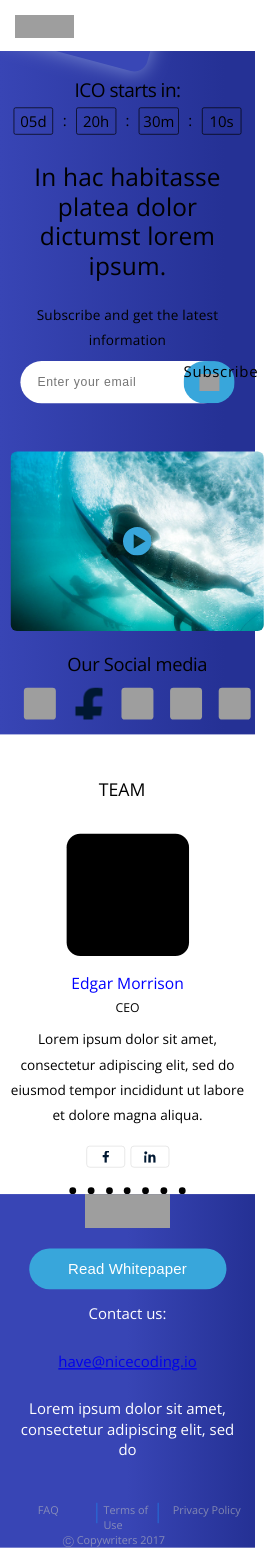
Repository: McGregorSt/newOne
Page: index.html
These files come from the project's save history. The page is drawn as it stood at one moment and after a run of saves; the edit follows.
The browser window is 375 px wide. The page is 388 px wide, so the pictures cover 388 px, including what lies to the right of the window. The pictures show the whole page, at 68% of full size.
Pictures or frames that could not be fetched are drawn as grey boxes.

Above is the page before, as saved 2019-12-18 09:12:20.

### index.html
<!DOCTYPE html>
<html lang="en">
<head>
  <meta charset="UTF-8">
  <meta name="viewport" content="width=device-width, initial-scale=1.0">
  <meta http-equiv="X-UA-Compatible" content="ie=edge">
  <link rel="stylesheet" href="css/style.css">
  <link href="https://fonts.googleapis.com/css?family=Open+Sans:300,300i,400,400i,600,600i,700,700i,800,800i&display=swap" rel="stylesheet">
  <script
  src="https://code.jquery.com/jquery-3.4.1.js"
  integrity="sha256-WpOohJOqMqqyKL9FccASB9O0KwACQJpFTUBLTYOVvVU="
  crossorigin="anonymous"></script>
  <title>Ethworks</title>
</head>
<body>
    <section class="modal">
      <div class="modal__content">
        <iframe src="" frameborder="0" id="youtube"></iframe>
        <div class="overlay"></div>
      </div>
    </section>
    <section class="header">
      <div class="header__logo"></div>
      <ul class="header__menu">
        <li class="header__menu__item"><a href="#">Home</a></li>
        <li class="header__menu__item"><a href="#">Team</a></li>
        <li class="header__menu__item"><a href="#">Contact</a></li>
      </ul>
    </section>
    <section class="main">
        <div class="wrapper">
        <div class="subs">
          <div class="subs__timer">
            <span class="subs__timer__header">ICO starts in:</span>
            <div class="subs__timer__global">
              <div class="subs__timer__item subs__timer__item__dd">05d</div>
              <div class="subs__timer__item">:</div>
              <div class="subs__timer__item subs__timer__item__hh">20h</div>
              <div class="subs__timer__item">:</div>
              <div class="subs__timer__item subs__timer__item__mm">30m</div>
              <div class="subs__timer__item">:</div>
              <div class="subs__timer__item subs__timer__item__ss">15s</div>
            </div>
          </div>
          <div class="subs__article">In hac habitasse platea dolor dictumst lorem ipsum.</div>
          <div class="subs__email">
            <span class="subs__email__header">Subscribe and get the latest information</span>
            <div class="subs__email__content">
              <input type="email" class="subs__email__input" placeholder="Enter your email">
              <div class="subs__email__button">Subscribe</div>
            </div>
          </div>
        </div>

      <div class="media">
        <div class="media__media">
          <div class="media__player">
            <svg xmlns="http://www.w3.org/2000/svg" width="24" height="24" viewBox="0 0 24 24"><path d="M12 0c-6.627 0-12 5.373-12 12s5.373 12 12 12 12-5.373 12-12-5.373-12-12-12zm-3 18v-12l10 6-10 6z"/></svg>
          </div>
          <div class="media__social">
            <span class="media__social__header">Our Social media</span>
            <div class="media__social__items">
              <div class="media__social__item media__social__tt"></div>
              <div class="media__social__item media__social__fb"></div>
              <div class="media__social__item media__social__md"></div>
              <div class="media__social__item media__social__gh"></div>
              <div class="media__social__item media__social__mail"></div>
            </div>
          </div>
        </div>
    </div>
    </div>
    <div class="subs__subs"></div>
    </section>
    <section class="team">
      <div class="team__header">TEAM</div>
      <div class="team__cards">
        <div class="team__card">
          <div class="team__card__photo"></div>
          <div class="team__card__name">Edgar Morrison</div>
          <div class="team__card__title">CEO</div>
          <div class="team__card__description">Lorem ipsum dolor sit amet, consectetur adipiscing elit, sed do eiusmod tempor incididunt ut labore et dolore magna aliqua. </div>
          <div class="team__card__social">
            <div class="card__social__fb"></div>
            <div class="card__social__in"></div>
          </div>
        </div>
        <div class="team__card">
          <div class="team__card__photo"></div>
          <div class="team__card__name">Mae Martin</div>
          <div class="team__card__title">CTO</div>
          <div class="team__card__description">Lorem ipsum dolor sit amet, consectetur adipiscing elit, sed do eiusmod tempor incididunt ut labore et dolore magna aliqua. </div>
          <div class="team__card__social">
            <div class="card__social__fb"></div>
            <div class="card__social__in"></div>
          </div>
        </div>
        <div class="team__card">
          <div class="team__card__photo"></div>
          <div class="team__card__name">David Banks</div>
          <div class="team__card__title">CFO</div>
          <div class="team__card__description">Lorem ipsum dolor sit amet, consectetur adipiscing elit, sed do eiusmod tempor incididunt ut labore et dolore magna aliqua.</div>
          <div class="team__card__social">
            <div class="card__social__fb"></div>
            <div class="card__social__in"></div>
          </div>
        </div>
        <div class="team__card">
          <div class="team__card__photo"></div>
          <div class="team__card__name">Frederick Parsons</div>
          <div class="team__card__title">COO</div>
          <div class="team__card__description">Lorem ipsum dolor sit amet, consectetur adipiscing elit, sed do eiusmod tempor incididunt ut labore et dolore magna aliqua.</div>
          <div class="team__card__social">
            <div class="card__social__fb"></div>
            <div class="card__social__in"></div>
          </div>
        </div>
      </div>
      <div class="team__slider">
        <div class="team__slider--item"></div>
        <div class="team__slider--item"></div>
        <div class="team__slider--item"></div>
        <div class="team__slider--item"></div>
        <div class="team__slider--item"></div>
        <div class="team__slider--item"></div>
        <div class="team__slider--item"></div>
      </div>
    </section>
    <section class="footer">
      <div class="footer__main">
        <div class="footer__main__logo"></div>
        <!-- <div class="footer__main__whitepaper"> -->
          <a href="#">
            <button type="button" class="header__whitepaper__button">Read Whitepaper</button>
          </a>
        <!-- </div> -->
      </div>
        <div class="footer__contact">
          <span>Contact us:</span>
          <span><a href="mailto:#" class="footer__contact--a">have@nicecoding.io</a></span>
          <span>Lorem ipsum dolor sit amet, consectetur adipiscing elit, sed do</span>
        </div>


      <div class="footer__menu">
          <span class="footer__menu--span">&#9400 Copywriters 2017</span>
        <div class="footer__menu--menu">
          <div class="footer__menu__separator"></div>
          <div class="footer__menu__item">
            <a href="#" class="menu__item--a">FAQ</a>
          </div>
          <div class="footer__menu__separator"></div>
          <div class="footer__menu__item">
            <a href="#">Terms of Use</a>
          </div>
          <div class="footer__menu__separator"></div>
          <div class="footer__menu__item">
            <a href="#">Privacy Policy</a>
          </div>
        </div>
      </div>
    </section>
  </div>
</body>
<script src="js/app.js">


</script>
</html>

### css/style.css
body {
  margin: 0;
  padding: 0;
  box-sizing: border-box;
  font-family: 'Open Sans', sans-serif;
  overflow-y: scroll;
}
/* section header */
.header {
  height: 95px;
  margin: auto;
  margin-top: -5px;
  display: flex;
  justify-content: space-between;
  align-items: center;
  padding: 0 180px;
}
.header__logo {
  width: 125px;
  height: 50px;
  background-image: url('../Assets/logo/dark.svg');
  background-size: cover;
  position: relative;
  left: -5px;
  top: 3px;
}

.header__menu {
  list-style: none;
  display: flex;
  letter-spacing: 1.1px;
  /* font-weight: 300; */
  /* justify-content: space-between; */
  font-size: 20px;
}

@media (max-width: 414px) {

  .header {
    height: 80px;
    padding: 0;
  }
  .header__logo {
    top: 4px;
    left: 3px;
    /* height: 45px; */
    background-position: left center;
    transform: scale(0.7);
  }
  .header__menu {
    display: none;
  }
}

.header__menu__item a {
  padding: 0 0 0 54px;
  text-decoration: none;
  color: #000;
}

/*

section main

*/
.main {
  height: 935px;
  background: linear-gradient(90deg, rgba(56,69,181,1) 0%, rgba(37,49,149,1) 88%);

}

.wrapper {
  display: flex;
  position: relative;

}


.wrapper:after {
  content: "";
  width: 100%;
  height: 100%;
  background-image: url('../Assets/BG/Shape1@1x.svg');
  background-repeat: no-repeat;
  background-size: 75%;
  background-position-y: -95px;
  background-position-x: -10px;
  position: absolute;
  z-index: 2;
  /* filter: url('../Assets/BG/Shape1@1x.svg#filter-2')  */
}

.subs {

  width: 50%;
  font-size: 28px;
  display: flex;
  flex-direction: column;
  padding: 90px 0 60px 175px;
  position: relative;
  z-index: 99;
}
.subs__subs {
  /* width: 50%; */
  height: 800px;
  background-image: url('../Assets/BG/Shape2@1x.svg');
  background-size: 47%;
  top: -730px;
  left: -200px;
  background-position-y: -260px;
  background-position-x: 170px;
  background-repeat: no-repeat;
  position: relative;
  z-index: 1;
  /* filter: url('../Assets/BG/Shape2@1x.svg#filter-2') */
}


.subs__timer {
  /* background-color: thistle; */
  position: relative;
  z-index: 1;
}
.subs__timer__header {
  letter-spacing: -0.8px;
}
.subs__timer__global {
  width: 56.4%;
  display: flex;
  justify-content: space-between;
  padding: 15px 0 40px 0 ;
}
.subs__timer__global > div {
  width: 88px;
  height: 65px;
  display: flex;
  justify-content: center;
  align-items: center;
}
.subs__timer__item:nth-child(2n+2) {

}
.subs__timer__global > div:nth-child(2n+1) {
  width: 40%;
  border: 1px solid #000;
  font-size: 36px;
  border-radius: 7px;
}
.subs__article {
  font-size: 54px;
  letter-spacing: 0.2px;
  line-height: 83px;
  padding: 35px 0;
  /* background-color: wheat; */

}

.subs__email {
  /* background-color: yellow; */
  display: flex;
  flex-direction: column;
  font-size: 22px;
  letter-spacing: 0.3px;
  padding: 60px 0;
}
.subs__email__content {
  height: 100px;
  padding: 30px 0;
  display: flex;
}
.subs__email__input {
  height: 60%;
  width: 67%;
  border-radius: 40px;
  font-size: 22px;
  padding-left: 25px;
  letter-spacing: 0.9px;
  outline: none;
  border: 0;
}
.subs__email__input::placeholder {
  /* padding-left: 25px; */
}
.subs__email__button {
  height: 65%;
  width: 20%;
  background-color:#38A6DB;
  font-size: 22px;
  letter-spacing: 1.05px;
  border: 0;
  border-radius: 30px;
  position: relative;
  left: -200px;
}
.subs__email--sender {
  width: 50px;
  height: 50px;

  background-image: url('../Assets/Icon/Subscribe@1x.svg');
  background-size: cover;
  background-color: aliceblue;
}

@media (max-width: 414px) {
  .main {
    height: 1005px;

  }
  .wrapper {
    flex-wrap: wrap;
  }
  .subs {
    width: 100%;
    padding: 0;
    flex-direction: column;
    justify-self: center;

  }
  .subs > * {
    text-align: center;
    padding: 20px;
  }
  .subs__timer__header {
    position: relative;
    top: 17px;
  }
  .subs__timer__global {
    width: 100%;
    position: relative;
    top: 10px;
  }
  .subs__timer__global > div:nth-child(2n + 1) {
    width: 50%;
    height: 38px;
    font-size: 22px;
    border-radius: 3px;
  }
  .subs__timer__item:nth-child(2n) {
    font-size: 22px;
    height: 38px;
    width: 30%;
  }
  .subs__article {
    font-size: 36px;
    line-height: 44px;
    padding: 0 20px;
    position: relative;
    top: -10px;
  }
  .subs__email {
    padding: 0;
  }
  .subs__email__header {
    position: relative;
    top: 22px;
    font-size: 20px;
    padding: 0 20px;
    line-height: 36px;
  }
  .subs__email__content {
    justify-content: center;
    position: relative;
    top: 5px;
    /* padding: 0; */
  }
  .subs__email__input {
    width: 100%;
    position: relative;
    left: 30px;
    font-size: 18px;
    /* padding: 0; */
  }
  .subs__email__button {
    height: 62%;
    /* width: 18%; */
    position: relative;
    left: -30px;
    background-color: #38A6DB;
    background-image: url('../Assets/Icon/Subscribe@1x.svg');
    background-size: 40% 40%;
    background-position: center center;
    background-repeat: no-repeat;
    /* transform: scale(0.8); */
  }
  .subs__email__button:before {
    content: '';
    background-color: brown;
    width: 300px;
    height: 300px;
    z-index: 995;
  }
}

.modal {
  display: none;
}
#youtube {
  width: 800px;
  height: 500px;
  background: rgb(0, 0, 0);
  position: absolute;
  left: 50%;
  top: 50%;
  transform: translate(-50%, -50%);
  z-index: 999;
}
.overlay {
  display: block;
  width: 100%;
  height: 100%;
  background: rgba(0, 0, 0, 0.4);
  position: fixed;
  top: 0;
  left: 0;
  z-index: 998;
}
.media {
  /* height: 80%; */
  width: 50%;
  /* background-color: tomato; */
}
.media__media {
  height: 100%;
  /* display: flex;
  flex-direction: column; */
  /* justify-content: space-around; */
  padding: 235px 0 0 60px;
}
.media__player {
  width: 620px;
  height: 440px;
  display: flex;
  justify-content: center;
  align-items: center;
  background-color: rgba(15, 51, 47, 0.411);
  background-image: url('../Assets/player/27230166476_3c7a942ccc_c.jpg');
  position: relative;
  z-index: 20;
}
.media__player svg {
  width: 70px;
  height: 70px;
  fill: #38A6DB;
}
.media__social {
  width: 620px;
  height: 23%;
  display: flex;
  flex-direction: column;
  align-items: flex-end;
  justify-content: center;
  /* background-color: orangered; */
}
.media__social__header {
  font-size: 26px;
  padding: 80px 0 16px 0;

}
.media__social__items {
  width: 56.3%;
  display: flex;
  justify-content: space-between;
}
.media__social__item {
  width: 47px;
  height: 47px;
  border-radius: 5px;
  background-size: cover;
}
.media__social__tt {
  background-image: url('../Assets/Social icons/Twitter@1x.svg');
}
.media__social__fb {
  background-image: url('../Assets/Social icons/Facebook@1x.svg');
}
.media__social__md {
  background-image: url('../Assets/Social icons/Medium@1x.svg');
}
.media__social__gh {
  background-image: url('../Assets/Social icons/Github@1x.svg');
}
.media__social__mail {
  background-image: url('../Assets/Social icons/Telegram@1x.svg');
}

@media (max-width: 414px) {
  .media {
    height: 20px;
  }
  .media__media {
    transform: scale(0.5);
    padding: 0;
    margin: 0;
  }
  .media__player {
    transform: scale(1.2);
    border-radius: 15px;
    position: relative;
    top: 50px;
  }
  .media__social {
    justify-content: center;
    align-items: center;
    margin-top: 200px;
  }
  .media__social__header {
    font-size: 54px;
    letter-spacing: -1px;
  }
  .media__social__items {
    width: 100%;
    margin-top: 40px;
  }
  .media__social__item {
    transform: scale(2);
  }
}


/*
section team
*/

.team {
  display: flex;
  flex-direction: column;
  align-items: center;
  padding: 95px 0 50px 0;
}
.team__header {
  font-size: 26px;
  position: relative;
  left: 20px;
}
.team__cards {
  display: flex;
  justify-content: space-between;
  padding: 60px 0;
}
.team__card {
  height: 500px;
  width: 360px;
  display: flex;
  flex-direction: column;
  justify-content: space-between;
  align-items: center;
  margin: 0 10px;
  /* background-color: palegreen; */
  padding: 5px 10px
}
.team__card__photo {
  width: 180px;
  height: 180px;
  border-radius: 20px;
  background-color: black;

}
.team__card__name {
  font-size: 23px;
  color: blue;
  /* position: relative;
  top: -10px; */
}
.team__card__title {
  font-size: 18px;
  position: relative;
  top: -20px;
}
.team__card__description {
  font-size: 20px;
  text-align: center;
  line-height: 38px;
  position: relative;
  top: -10px;
  padding: 0 5px;
}
.team__card__social {
  display: flex;
  justify-content: space-between;
}
.team__card__social > * {
  width: 55px;
  height: 30px;
  border: 1px solid #ddd;
  border-radius: 5px;
  margin: 4px;
}
.card__social__fb {
  background-image: url('../Assets//Profil/Facebook@1x.svg');
  background-position: center center;
  background-size:20%;

  background-repeat: no-repeat;
}
.card__social__in {
  background-image: url('../Assets//Profil/linkedin@1x.svg');
  background-position: center center;
  background-size:30%;
  background-repeat: no-repeat;

}
.team__slider {
  display: none;
}

@media (max-width: 414px) {
  .team {
    padding: 0;
  }
  .team__header {
    top: 62px;
    left: -8px;
  }
  .team__card:nth-child(n+2) {
    display: none;
  }
  .team__card {
    position: relative;
    top: 45px;
  }
  .team__card__name {
    position: relative;
    top: 10px;
  }
  .team__card__title {
    margin-top: 25px;
  }
  .team__card__description {
    top: -15px;
    line-height: 37px;
  }
  .team__card__social {
    position: relative;
    top: -5px;
  }
  .team__slider {
    width: 50%;
    display: flex;
    justify-content: space-around;
  }
  .team__slider--item {
    width: 10px;
    height: 10px;
    border-radius: 5px;
    background-color: black;
  }
}






/*
section footer
*/

.footer {
  /* display: flex;
  flex-direction: column;
  align-items: center; */
  color: white;
  background: linear-gradient(90deg, rgba(56,69,181,1) 50%, rgba(37,49,149,1) 99%);
}
.footer__main {
  /* height: 410px; */
  display: flex;
  justify-content: space-between;
  padding: 0 180px;
}

/* .footer__header {
  height: 123px;
  width: 100%;
  background-color: cornflowerblue;
  display: flex;
  justify-content: space-between;
  align-items: center;
} */
.footer__main__logo {
  width: 10%;
  margin-top: 30px;
  width: 125px;
  height: 50px;
  background-image: url('../Assets/logo/Light.svg');
  background-size: cover;
  position: relative;
  left: -5px;
  top: 3px;

}
.footer__contact {
  width: 500px;
  height: 290px;
  margin: auto;
  /* background-color: crimson; */
  display: flex;
  flex-direction: column;
  align-items: center;
  /* position: relative; */
  /* left: - 90px; */
}
.footer__main__whitepaper {
  width: 19%;
  /* background-color: darkgreen; */
  /* padding-top: 33px; */
}



.footer__menu {
  height: 60px;
  /* background-color: darkgoldenrod; */
  width:55%;
  margin: auto;
  font-size: 19px;
  display: flex;
  justify-content: space-between;
  padding-top: 10px;
}
.header__whitepaper__button {
  height: 60px;
  width: 290px;
  background-color:#38A6DB;
  font-size: 22px;
  letter-spacing: 0.25px;
  border: 0;
  border-radius: 30px;
  position: relative;
  top: 30px;
  color: white;
}
.footer__contact > span {
  margin-bottom: 40px;
  font-size: 22px;
  text-align: center;
  position: relative;
  top: -5px;
  left: -15px;
}
.footer__main__contact > span > a {
  font-size: 26px;
  color: #1F86ED;
  letter-spacing: 0.7px;
  position: relative;
  top: -6px;
}
.footer__main__contact > span:last-child {
  font-size: 21px;
  top: -20px;
}
.footer__menu {
  color: rgba(189, 189, 189, 0.6);

}
.footer__menu__item, .footer__menu__item > a {
  width: 35%;
  display: flex;
  justify-content: center;
  color: rgba(189, 189, 189, 0.6);
  text-decoration: none;
}
.footer__menu--span {
  width: 25%;
  padding-right: 35px;
  margin-left: -20px;

}
.footer__menu__separator {
  width: 3px;
  height: 30px;
  background-color: #1F86ED;
}

@media (max-width: 414px) {
  .footer__main {
    padding: 0;
    flex-direction: column;
    justify-content: center;
  }
  .footer__main > * {
    left: 0;
    top: 0;
    margin: auto;
  }
  .footer__contact {
    width: 90%;
    margin-top: 50px;
  }
  .footer__contact > span {
    top: 0;
    left: 0;
  }
  .footer__whitepaper__button {
    align-items: center;
  }
  .footer__menu {
    width: 100%;
    display: flex;
    flex-direction: column-reverse;
    font-size: 16px;
    align-content: center;
  }
  .footer__menu__item, .footer__menu__item > a {
    width: 80%;
  }
  .footer__menu__item:nth-child(4)  {
    width: 50%;
  }
  .footer__menu--menu {
    width: 100%;
    display: flex;
  }
  .footer__menu__separator:first-child {
    display: none;
  }
  .footer__menu--span {
    width: 100%;
    padding: 0;
    text-align: center;
  }
}

### js/app.js
let chi = document.querySelectorAll('.subs__timer__global:nth-child(2n+1)')
console.log(chi)

$(document).ready(function() {
  $('.media__player svg').on('click', function() {
   let src = 'https://www.youtube.com/embed/SJ7Q6Gd1rJE?autoplay=1&rel=0'
    $('#youtube').attr('src', src)
    $('.modal').toggleClass('overlay')
  })
  function modalHide() {
    $('#youtube').attr('src', '')
    $('.modal').toggleClass('overlay')

  }
  $('.overlay').on('click', modalHide)

  const initialWatch = {
    seconds: 15,
    minutes: 30,
    hours: 20,
    days: 5
  }

  const countDownWatch = {
    seconds: initialWatch.seconds,
    minutes: initialWatch.minutes,
    hours: initialWatch.hours,
    days: initialWatch.days
  }
  const seconds = $('.subs__timer__item__ss')
  const minutes = $('.subs__timer__item__mm')
  const hours = $('.subs__timer__item__hh')
  const days = $('.subs__timer__item__dd')

  const tick = 1000
  let sec = setInterval(() => {
    countDownWatch.seconds -= 1000 / 1000
    if (countDownWatch.seconds < 0){
      countDownWatch.minutes -= 1
      countDownWatch.seconds = 59
      if (countDownWatch.minutes < 0) {
        countDownWatch.hours -= 1
        countDownWatch.minutes = 59
        if (countDownWatch.hours < 0) {
          countDownWatch.days -= 1
          countDownWatch.hours = 23
        }
      }

    } else if (
      countDownWatch.days === 0 &&
      countDownWatch.hours === 0 &&
      countDownWatch.minutes === 0 &&
      countDownWatch.seconds === 0
      ) {
        clearInterval(sec)
      }

      // function toRender(units) {
      //   $(this) = units
      //   console.log(this.units)
      //   if (this.countDownWatch.units < 10){
      //     return this.units.html(`0${this.countDownWatch.units}s`)
      //   } else {
      //     return this.units.html(`${this.countDownWatch.units}s`)
      //   }
      // }

      seconds.html(countDownWatch.seconds < 10 ? `0${countDownWatch.seconds}s` : `${countDownWatch.seconds}s`)
      minutes.html(countDownWatch.minutes < 10 ? `0${countDownWatch.minutes}m` : `${countDownWatch.minutes}m`)
      hours.html(countDownWatch.hours < 10 ? `0${countDownWatch.hours}h` : `${countDownWatch.hours}h`)
      days.html(countDownWatch.days < 10 ? `0${countDownWatch.days}d` : `${countDownWatch.days}d`)
  }, tick)

    let windowWidth = window.screen.width
    const menuItem = $('.footer__menu__item')
    let faq = menuItem[0]
    let termsOfUse = menuItem[1]
    let contactUs = $('.footer__contact--a')

    if (windowWidth < 415) {
      $('.subs__email__button').html('')
      faq.innerText = 'Terms of Use'
      termsOfUse.innerText = 'FAQ'
      contactUs[0].innerText = 'hello@stay.io'
    }
    console.log($('.footer__menu__item'))
})

### Assets/BG/Shape1@1x.svg
<?xml version="1.0" encoding="UTF-8"?>
<svg width="1072px" height="582px" viewBox="0 0 1072 582" version="1.1" xmlns="http://www.w3.org/2000/svg" xmlns:xlink="http://www.w3.org/1999/xlink">
    <!-- Generator: Sketch 47.1 (45422) - http://www.bohemiancoding.com/sketch -->
    <title>BG/Shape1@1x</title>
    <desc>Created with Sketch.</desc>
    <defs>
        <path d="M982.285156,102 L982.285156,370.03125 L210.193802,575.356423 L210.193802,575.356423 C169.990097,586.047947 128.661819,562.429109 117.465781,522.362973 L-9.09494702e-13,102 L982.285156,102 Z" id="path-1"></path>
        <filter x="-16.7%" y="-32.3%" width="133.5%" height="169.1%" filterUnits="objectBoundingBox" id="filter-2">
            <feOffset dx="0" dy="11" in="SourceAlpha" result="shadowOffsetOuter1"></feOffset>
            <feGaussianBlur stdDeviation="53" in="shadowOffsetOuter1" result="shadowBlurOuter1"></feGaussianBlur>
            <feColorMatrix values="0 0 0 0 0.164705882   0 0 0 0 0.219607843   0 0 0 0 0.615686275  0 0 0 1 0" type="matrix" in="shadowBlurOuter1"></feColorMatrix>
        </filter>
    </defs>
    <g id="Page-1" stroke="none" stroke-width="1" fill="none" fill-rule="evenodd">
        <g id="FRONTENT-ZADANIE2">
            <g id="//BG" transform="translate(0.000000, -102.000000)">
                <g id="header-bg">
                    <g id="Rectangle">
                        <g id="BG/Shape1" transform="translate(491.142578, 339.963586) scale(-1, 1) translate(-491.142578, -339.963586) ">
                            <use fill="black" fill-opacity="1" filter="url(#filter-2)" xlink:href="#path-1"></use>
                            <use fill="#3947B6" fill-rule="evenodd" xlink:href="#path-1"></use>
                        </g>
                    </g>
                </g>
            </g>
        </g>
    </g>
</svg>

After the next 2 saves:
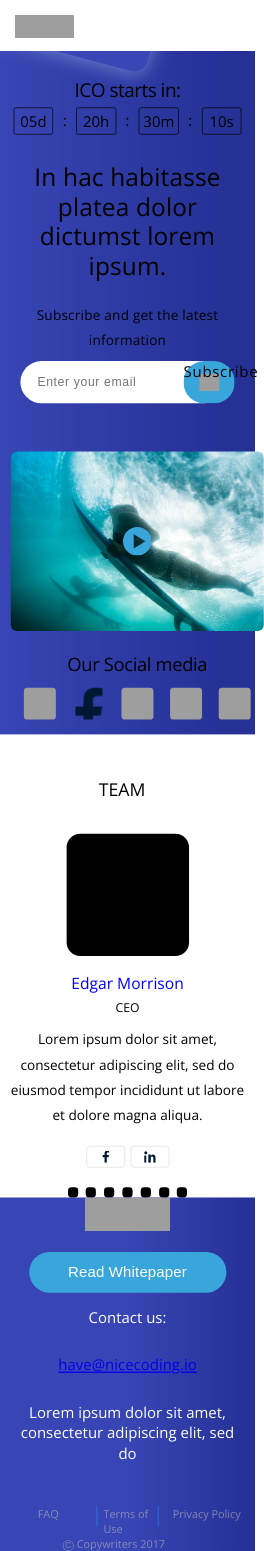
The 2 saves are shown as one change because they came seconds apart.
The last was saved 7 s later.
--- a/css/style.css
+++ b/css/style.css
@@ -539,8 +539,8 @@ section team
     justify-content: space-around;
   }
   .team__slider--item {
-    width: 10px;
-    height: 10px;
+    width: 15px;
+    height: 15px;
     border-radius: 5px;
     background-color: black;
   }
